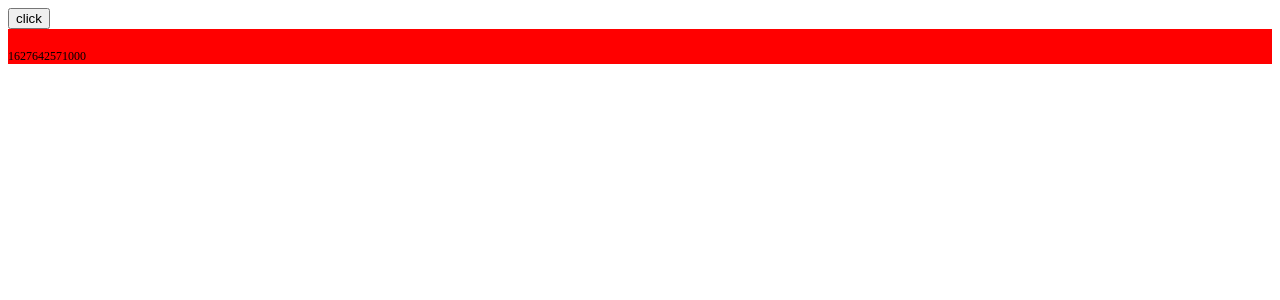
Repository: 572031690/newvue
Page: 学习demo/test.html
The author's editor kept a copy of each file at every save. The page is drawn from the files as they stood at one save, then again after the next save.
The browser window is 1280 px wide. The pictures show the whole page.

Above is the page before, as saved 2021-08-10 16:26:56.

### 学习demo/test.html
<!DOCTYPE html>
<html>
	<head>
		<meta charset="utf-8">
		<title>常量</title>
        <script src="https://cdn.jsdelivr.net/npm/vue@2/dist/vue.js"></script>
	</head>
	<body>
        <div id="box">
           <button @click="handlecheck()">click</button>

            <!-- <ul> -->
                <!-- transition-group会实例化成tag里的标签 默认是span
                齐还需要里面的组件设置key值-->
                <transition name='ddd'>
                    <div class="ddd1" v-show='show'>123
                        <div>156</div>
                    </div>
                </transition>

            <!-- </ul> -->
            <div style="background-color: red;">
              <div style="border: 1px solid black;width: 100px;float: left;opacity: 0;">加油中国</div>
              <!-- <div style="border: 1px solid black;width: 600px;">底部栏</div> -->
              <div style="clear:both;">{{getData()}}</div>
            </div>

        </div>

		<script type="text/javascript">
			var vm =new Vue({
                el:"#box",//vue渲染开始的地方
                data:{
                        list : [],
                        text:'',
                        show:false,


                },//状态
                methods: {
                    handlecheck(){
                        this.show = !this.show
                    },
                    del(key){

                    },
                    getData() {
                      const unixTimeZero = new Date().getTime()
                      let CurrentDate = new Date()
                      return unixTimeZero
                    }
                },
            })
		</script>
        <style>
            .ddd1{
                width: 6.25rem;
                height: 6.25rem;
                background: #000;
                overflow: hidden;
                color:red;
            }

            .ddd-enter-active, .ddd-leave-active{
                transition:  height 1.5s;
            }
            .ddd-enter,.ddd-leave-to{
                height: 0;
            }


        </style>
        <script src="./lib/rem自适应大小/flexible.js"></script>
	</body>
</html>

### 学习demo/lib/rem自适应大小/flexible.js
(function flexible(window, document) {
  var docEl = document.documentElement;
  var dpr = window.devicePixelRatio || 1;

  // adjust body font size
  function setBodyFontSize() {
    if (document.body) {
      document.body.style.fontSize = 12 * dpr + "px";
    } else {
      document.addEventListener("DOMContentLoaded", setBodyFontSize);
    }
  }
  setBodyFontSize();

  // set 1rem = viewWidth / 10
  function setRemUnit() {
    var rem = docEl.clientWidth / 24;  //所以一rem等于1920/24 = 80
    docEl.style.fontSize = rem + "px";
  }

  setRemUnit();

  // reset rem unit on page resize
  window.addEventListener("resize", setRemUnit);
  window.addEventListener("pageshow", function(e) {
    if (e.persisted) {
      setRemUnit();
    }
  });

  // detect 0.5px supports
  if (dpr >= 2) {
    var fakeBody = document.createElement("body");
    var testElement = document.createElement("div");
    testElement.style.border = ".5px solid transparent";
    fakeBody.appendChild(testElement);
    docEl.appendChild(fakeBody);
    if (testElement.offsetHeight === 1) {
      docEl.classList.add("hairlines");
    }
    docEl.removeChild(fakeBody);
  }
})(window, document);

After the next save:
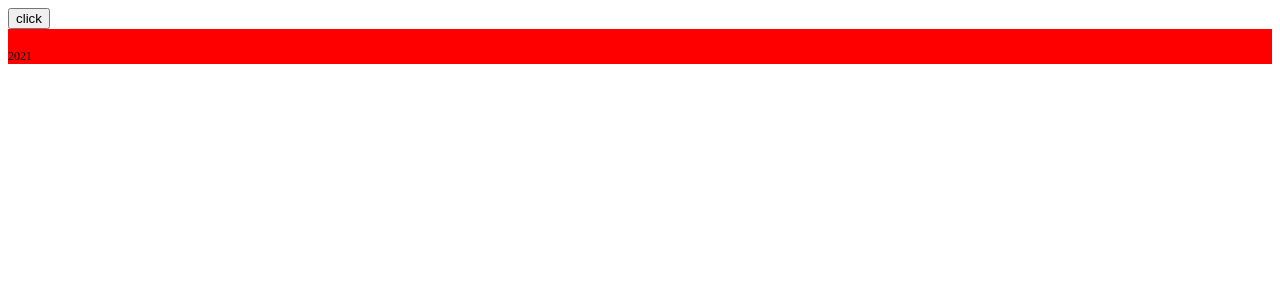
Saved 11 s later.
--- a/学习demo/test.html
+++ b/学习demo/test.html
@@ -45,7 +45,7 @@
 
                     },
                     getData() {
-                      const unixTimeZero = new Date().getTime()
+                      const unixTimeZero = new Date().getFullYear()
                       let CurrentDate = new Date()
                       return unixTimeZero
                     }
